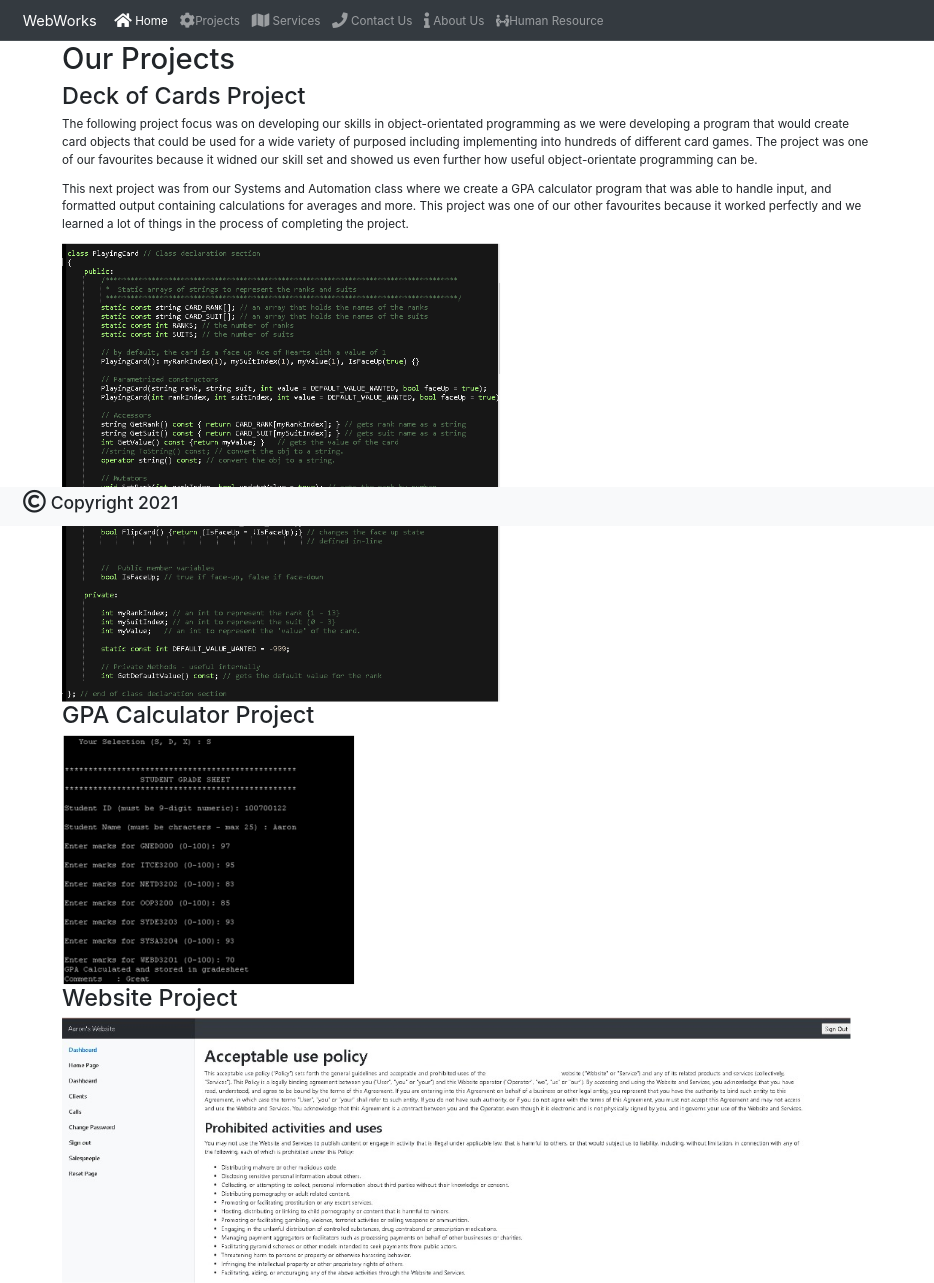
Repository: JonathonWager/Webd6202Lab1
Page: projects.html
An editor plug-in stored every save of this project. The page is shown before and after the next save, followed by the edit.
The browser window is 1280 px wide. The pictures show the whole page, at 73% of full size.

Above is the page before, as saved 2021-02-05 20:12:04.
Not found: Content/app.css

After the next save:
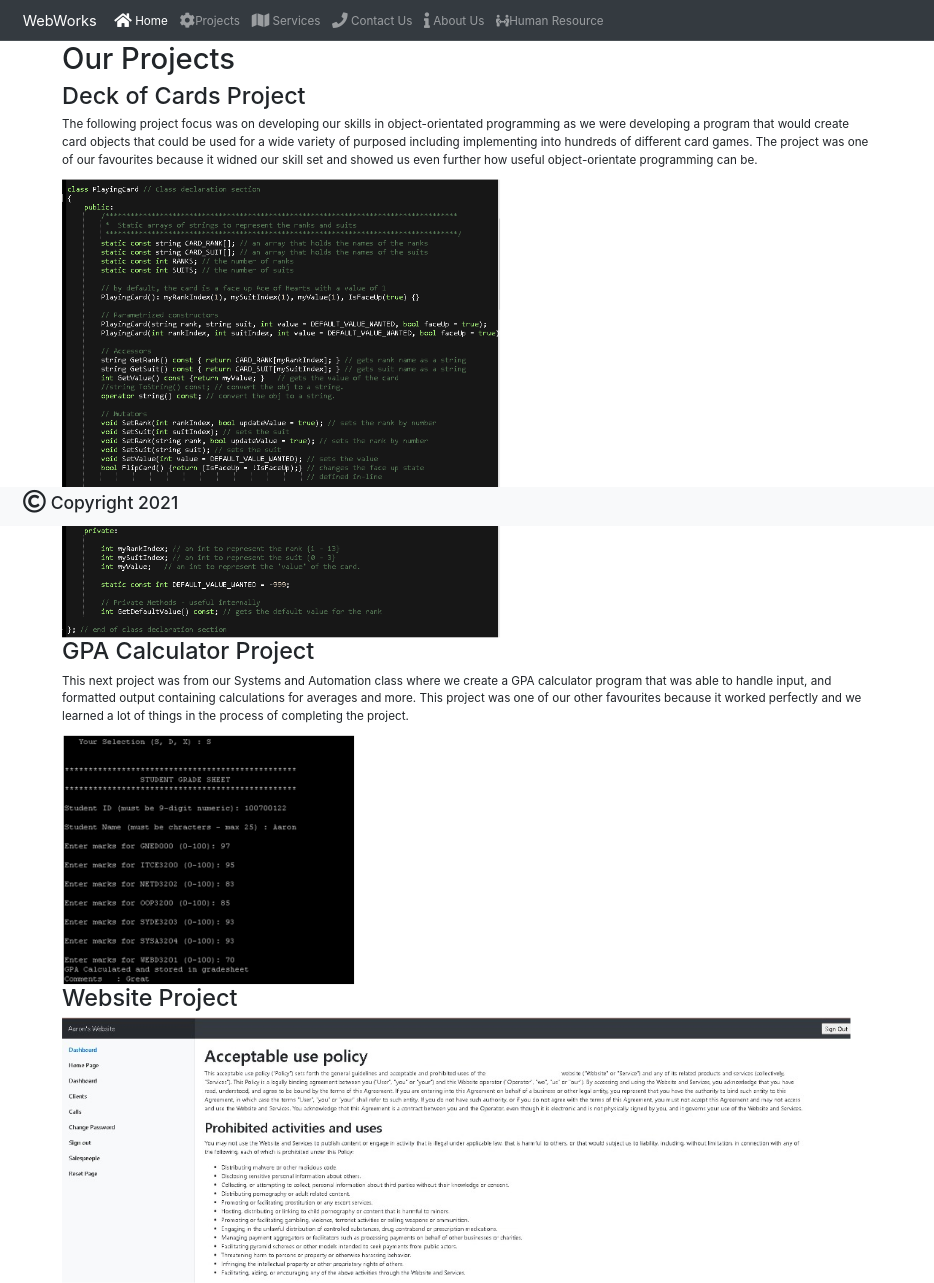
Saved 27 s later.
--- a/Scripts/app.js
+++ b/Scripts/app.js
@@ -79,7 +79,7 @@
 
       let paragraph2Text = "This next project was from our Systems and Automation class where we create a GPA calculator program that was able to handle input, and formatted output containing calculations for averages and more. This project was one of our other favourites because it worked perfectly and we learned a lot of things in the process of completing the project.";
 
-      let projectsDiv2 = document.getElementById("DeckOfCardsContent");
+      let projectsDiv2 = document.getElementById("GPACalculatorContent");
 
       let projectsP2 = document.createElement("p");
 
